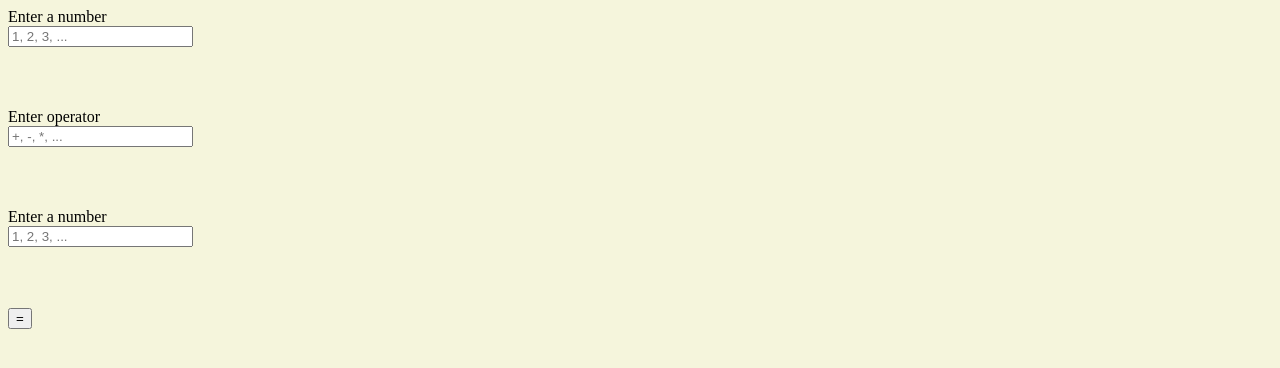
Repository: WesleyErasmus/threeInputCalculator
Page: html/if-calculator.html
These files come from the project's save history. The page is drawn as it stood at one moment and after the next save; the edit follows.
The browser window is 1280 px wide. The pictures show the whole page.

Above is the page before, as saved 2022-04-27 22:01:37.

After the next save:
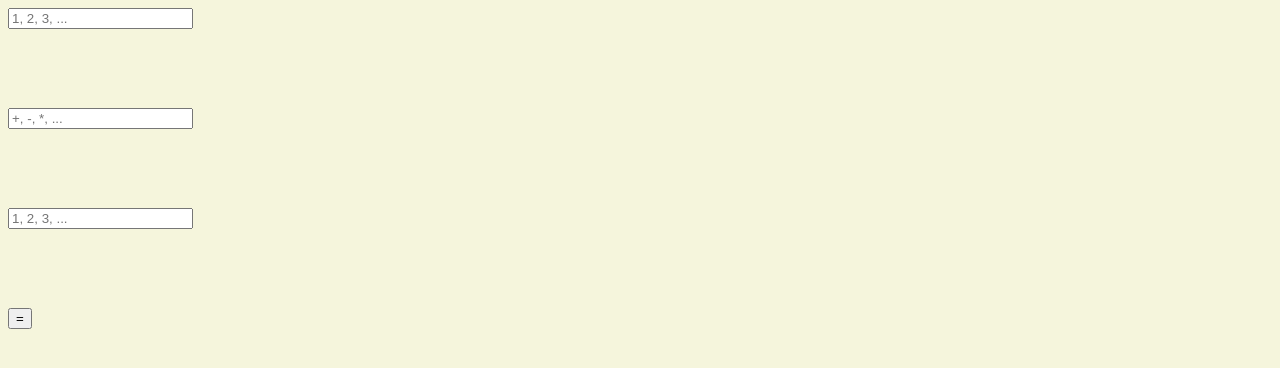
Saved 41 s later.
--- a/html/if-calculator.html
+++ b/html/if-calculator.html
@@ -13,15 +13,15 @@
 
     <form onsubmit="return false;">
         <div class="inputField">
-        <label for="input1">Enter a number</label>
+        <!-- <label for="input1">Enter a number</label> -->
          <input id="input1" type="text" name = "input1" placeholder="1, 2, 3, ..."> <!-- input-1 -->
         </div>
         <div class="inputField">
-         <label for="input3">Enter operator</label>
+         <!-- <label for="input3">Enter operator</label> -->
          <input id="input3" type="text" name = "input3" placeholder="+, -, *, ..."> <!-- input-3 (operator) -->
         </div>
         <div class="inputField">
-         <label for="input2">Enter a number </label>
+         <!-- <label for="input2">Enter a number </label> -->
          <input id="input2" type="text" name = "input2" placeholder="1, 2, 3, ..."> <!-- input-2 -->
         </div>
          <button onclick="sum()">=</button>
